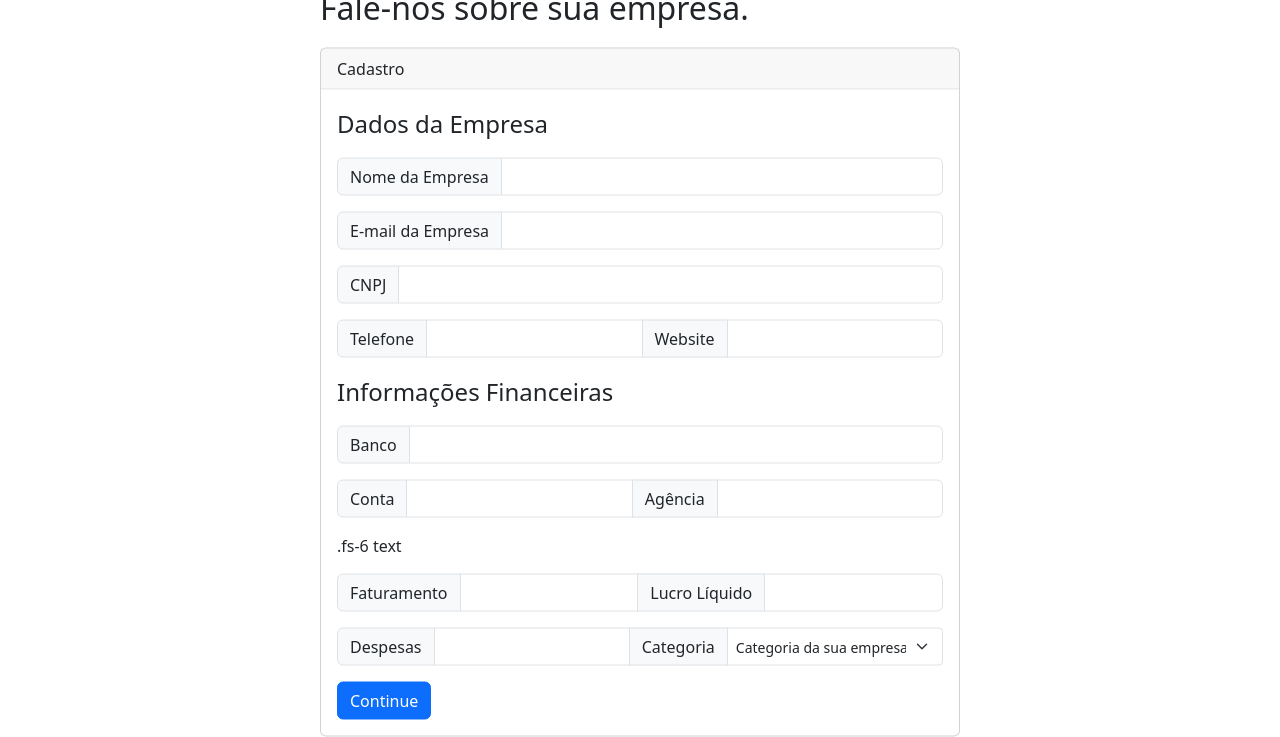
Repository: vandrecx/utilitaries
Page: http://localhost/login_archive/cadastro.php
The author's editor kept a copy of each file at every save. The page is drawn from the files as they stood at one save, then again after the next save.
The browser window is 1280 px wide. The pictures show the whole page.
The page is run by PHP 8.4 with error messages shown; the project is at /var/www/html/.

Above is the page before, as saved 2024-05-03 13:26:40.

### login_archive/cadastro.php
<?php

require_once 'Conn.php';
include 'funcoes.php';

?>

<!DOCTYPE html>
<html lang="en">
<head>
    <meta charset="UTF-8">
    <meta name="viewport" content="width=device-width, initial-scale=1.0">
    <link href="https://cdn.jsdelivr.net/npm/bootstrap@5.3.3/dist/css/bootstrap.min.css" rel="stylesheet" integrity="sha384-QWTKZyjpPEjISv5WaRU9OFeRpok6YctnYmDr5pNlyT2bRjXh0JMhjY6hW+ALEwIH" crossorigin="anonymous">
    <title>Página de Cadastro</title>
</head>
<body>
    <div style="width: 50%; justify-content: center; position: absolute; top: 50%; left: 50%; transform: translate(-50%, -50%);">
        <p class="fs-2">Fale-nos sobre sua empresa.</p>
        <div class="card">
            <div class="card-header">
                Cadastro
            </div>
            <div class="card-body">
                <p class="fs-4">Dados da Empresa</p>
                <form method="POST" action="UserSignUp.php">
                    <div class="input-group mb-3">
                        <span class="input-group-text" id="inputGroup-sizing-default">Nome da Empresa</span>
                        <input type="text" class="form-control" aria-label="Sizing example input" aria-describedby="inputGroup-sizing-default">
                    </div>
                    <div class="input-group mb-3">
                        <span class="input-group-text" id="inputGroup-sizing-default">E-mail da Empresa</span>
                        <input type="text" class="form-control" aria-label="Sizing example input" aria-describedby="inputGroup-sizing-default">
                    </div>
                    <div class="input-group mb-3">
                        <span class="input-group-text" id="inputGroup-sizing-default">CNPJ</span>
                        <input type="text" class="form-control" aria-label="Sizing example input" aria-describedby="inputGroup-sizing-default">
                    </div>
                    <div class="input-group mb-3">
                        <span class="input-group-text" id="inputGroup-sizing-default">Telefone</span>
                        <input type="text" class="form-control" aria-label="Sizing example input" aria-describedby="inputGroup-sizing-default">
                        <span class="input-group-text" id="inputGroup-sizing-default">Website</span>
                        <input type="text" class="form-control" aria-label="Sizing example input" aria-describedby="inputGroup-sizing-default">
                    </div>
                    <p class="fs-4">Informações Financeiras</p>
                    <div class="input-group mb-3">
                        <span class="input-group-text" id="inputGroup-sizing-default">Banco</span>
                        <input type="text" class="form-control" aria-label="Sizing example input" aria-describedby="inputGroup-sizing-default">
                    </div>
                    <div class="input-group mb-3">
                        <span class="input-group-text" id="inputGroup-sizing-default">Conta</span>
                        <input type="text" class="form-control" aria-label="Sizing example input" aria-describedby="inputGroup-sizing-default">
                        <span class="input-group-text" id="inputGroup-sizing-default">Agência</span>
                        <input type="text" class="form-control" aria-label="Sizing example input" aria-describedby="inputGroup-sizing-default">
                    </div>
                    <p class="fs-6">.fs-6 text</p>
                    <div class="input-group mb-3">
                        <span class="input-group-text" id="inputGroup-sizing-default">Faturamento</span>
                        <input type="text" class="form-control" aria-label="Sizing example input" aria-describedby="inputGroup-sizing-default">
                        <span class="input-group-text" id="inputGroup-sizing-default">Lucro Líquido</span>
                        <input type="text" class="form-control" aria-label="Sizing example input" aria-describedby="inputGroup-sizing-default">
                    </div>
                    <div class="input-group mb-3">
                        <span class="input-group-text" id="inputGroup-sizing-default">Despesas</span>
                        <input type="text" class="form-control" aria-label="Sizing example input" aria-describedby="inputGroup-sizing-default">
                        <span class="input-group-text" id="inputGroup-sizing-default">Categoria</span>
                        <select class="form-select form-select-sm" aria-label="Large select example">
                            <option selected>Categoria da sua empresa</option>
                            <option value="1">Prestação de Serviços</option>
                            <option value="2">Indústria</option>
                            <option value="3">Vendas</option>
                        </select>
                    </div>
                    <button type="submit" class="btn btn-primary" name="submit">Continue</button>
                </form>
            </div>
        </div>
    </div>

</body>
</html>

### login_archive/Conn.php
<?php

//PDO (PHP DATA OBJECTS)

$pdo = new PDO("mysql:host=localhost; dbname=sistema; charset=UTF8", "root", ""); // REALIZA CONEXÃO COM PDO
$pdo->setAttribute(PDO::ATTR_ERRMODE, PDO::ERRMODE_EXCEPTION); // EXCEPTIONS

?>

### login_archive/funcoes.php
<?php

require_once 'Conn.php';

// FUNÇÃO RESPONSÁVEL POR SANITIZAR OS DADOS PASSADOS POR POST
function sanitizeData($input_name, $type){
    switch ($type){

        case 'text':
            return filter_input(INPUT_POST, $input_name, FILTER_SANITIZE_SPECIAL_CHARS);
            break;

        case 'email':
            $email = filter_input(INPUT_POST, $input_name, FILTER_SANITIZE_EMAIL);
            //VALIDAR EMAIL AQUI NO MEIO
            return $email;
            break;

        case 'url':
            return filter_input(INPUT_POST, $input_name, FILTER_SANITIZE_URL);
            break;

        case 'int':
            return filter_input(INPUT_POST, $input_name, FILTER_SANITIZE_NUMBER_INT);
            break;

        case 'float':
            return filter_input(INPUT_POST, $input_name, FILTER_SANITIZE_NUMBER_FLOAT);
            break;

        default:
            return $input_name;
    }
}

// GERA SENHA ALEATÓRIA DE 6 CARACTERES
function generatePassword(){
    $chars = 'abcdefghijklmnopqrstuvwxyzABCDEFGHIJKLMNOPQRSTUVWXYZ0123456789!@#$%^&*()-_=+';
    return substr(str_shuffle($chars), 0, 5) . substr(str_shuffle('ABCDEFGHIJKLMNOPQRSTUVWXYZ!@#$%^&*()-_=+'), 0, 1);
}

// ATUALIZA SENHA (usada em ForgotPassword.php)
function updatePass($newpass, $email, $pdo){

    try{

        $update = $pdo->prepare("UPDATE entidade SET s_password_entidade = :new_pass WHERE s_enterpriseemail_entidade = :s_enterpriseemail_entidade");
        $update->bindParam(':new_pass', $newpass);
        $update->bindParam(':s_enterpriseemail_entidade', $email);
        $update->execute();

    } catch(PDOException $err) {

        echo 'Erro na atualização: ' . $err;

    }

}

//ESCONDE EMAIL DE RECUPERAÇÃO PASSADO POR SESSION
function hideEmail(){

    session_start();

    $email = $_SESSION['pass_repair'];
    $encript_email = substr($email, 0, 5);
    $result_email = $encript_email . str_repeat("*", strlen($email) - 5);

    session_destroy();

    return $result_email;
}

?>

After the next save:
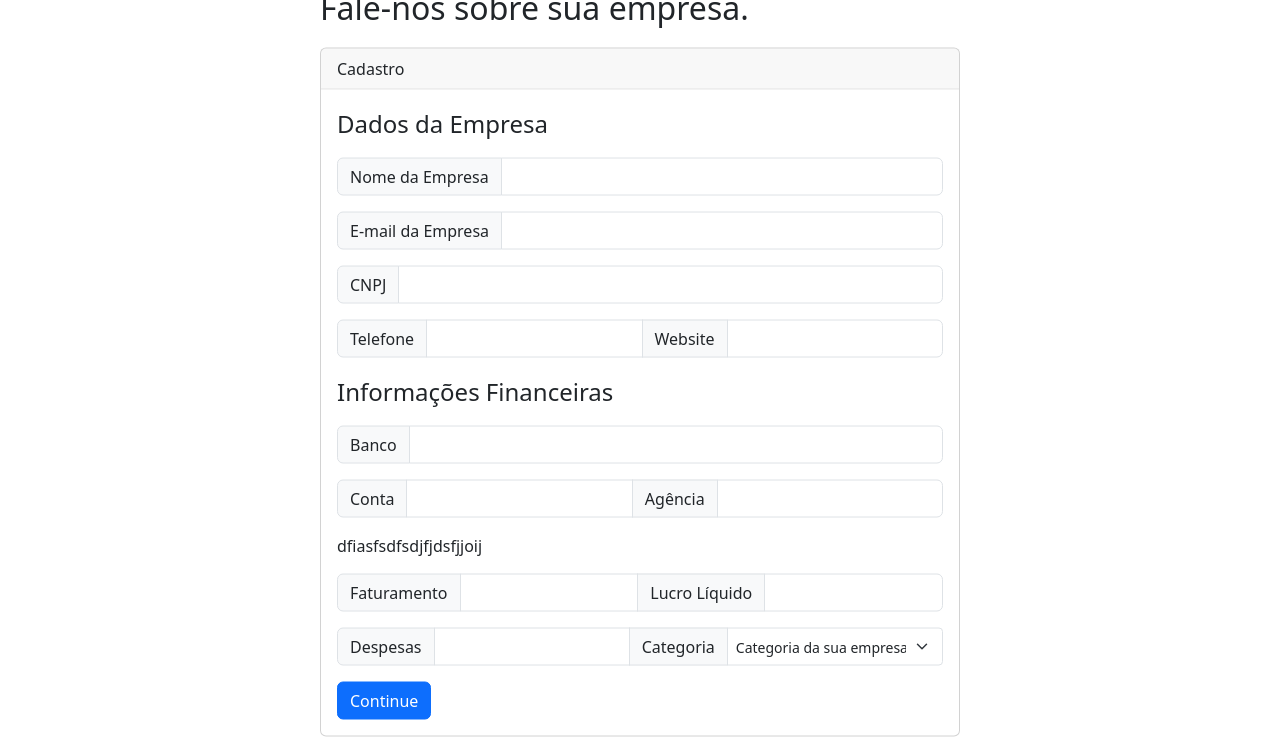
Saved 13 s later.
--- a/login_archive/cadastro.php
+++ b/login_archive/cadastro.php
@@ -52,7 +52,7 @@ include 'funcoes.php';
                         <span class="input-group-text" id="inputGroup-sizing-default">Agência</span>
                         <input type="text" class="form-control" aria-label="Sizing example input" aria-describedby="inputGroup-sizing-default">
                     </div>
-                    <p class="fs-6">.fs-6 text</p>
+                    <p class="fs-6">dfiasfsdfsdjfjdsfjjoij</p>
                     <div class="input-group mb-3">
                         <span class="input-group-text" id="inputGroup-sizing-default">Faturamento</span>
                         <input type="text" class="form-control" aria-label="Sizing example input" aria-describedby="inputGroup-sizing-default">
